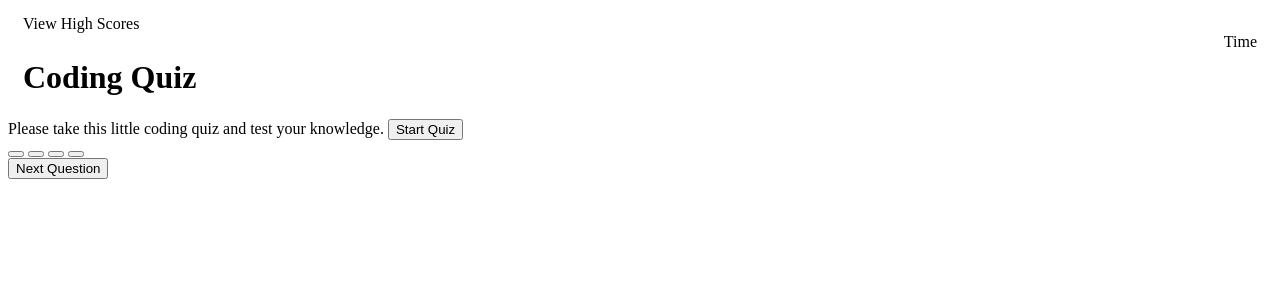
Repository: Naomilounsbury/code-quiz
Page: index.html
The author's editor kept a copy of each file at every save. The page is drawn from the files as they stood at one save, then again after the next save.
The browser window is 1280 px wide. The pictures show the whole page.

Above is the page before, as saved 2021-11-27 13:39:29.

### index.html
<!DOCTYPE html>
<html lang="en">
<head>
    <meta charset="UTF-8">
    <meta http-equiv="X-UA-Compatible" content="IE=edge">
    <meta name="viewport" content="width=device-width, initial-scale=1.0">
    <title>Code Quiz</title>
    <link rel="stylesheet" href="./assets/css/styles.css">
</head>
<body>
    <!-- basic words on the page, how do i get stuff inline? -->
 <header>
    <div class="high-scores">
     View High Scores
 </div>
 <!-- oh god I have to actually figure out how to do a timer -->
 <div class="time">
     Time
 </div>
 <h1 class="title">Coding Quiz</h1>
</header>
<!-- I then created a div element to introduce, maybe I'll add more to it later -->
 <div>

     Please take this little coding quiz and test your knowledge.
     <!-- I connected the button to the javascrpt woohoo -->
     <button onclick="onStartQuiz()">
         Start Quiz
     </button>
 </div>
 <!-- here is the quiz -->
 <form id="questions-form">
 <div id="question" class="question" >
    <!-- do i even need classes here? I know I will have to get buttons by id to be able to talk to them -->
     <button class="a" id="a" >
     </button>
     <button class="b" id="b">
     </button>
     <button class="c" id="c">
     </button>
     <button class="d" id="d">
     </button>


 </div>
 <button onclick="nextQuestion()">
        Next Question
</button>
</form>
<script src="./assets/js/script.js"></script>
</body>
</html>

### assets/css/styles.css
header {
    margin: 10px;
    padding: 5px;
    text-decoration-color: black;

}
.high-scores{
    text-align: left;
}
.time{
    text-align: right;
}
h1{
    line-height: 10px;
}

### assets/js/script.js

//I want to create an onclick function eventually
//so I'm creating my function
var onStartQuiz = function(){
    //when the quiz starts it grabs the first object in the array
    var currentQuestion = questions[0];
    //its going into the html and taking the div clas question and setting the value equal to the current question
    document.getElementById("question").innerText = currentQuestion.question

    //I dont know why these arent working and I'm crying
    // document.getElementById("button a").innerHTML = currentQuestion.a
    // document.getElementById("button b").innerHTML = currentQuestion.b
    // document.getElementById("button c").innerHTML = currentQuestion.c
    // document.getElementById("button d").innerHTML = currentQuestion.d
//create a separate onclick that changes the current question to something else
//create a next question button that will go on to the next question and save your answer
   console.log("hello")
}
//making an array of questions
var questions = [
    {
        //right now the key question is a string
        question: "To create an array, what kid of brackets are used?",
        answer: "a",
        a: "square brackets",
        b: "angle brackets",
        c: "curly brackets",
        d: "parentheses",
        //an array holds a list of items and since each question is an object we need a fucking comma
    },
    {
        question: "how do you create a branch with github?",
        answer: "b",
        a: "git push",
        b: "git branch",
        c: "git checkout",
        d: "git commit",
    },
    {
        question: "To create an array, what kid of brackets are used?",
        answer: "a",
        a: "square brackets",
        b: "angle brackets",
        c: "curly brackets",
        d: "parentheses",

    }
]

After the next save:
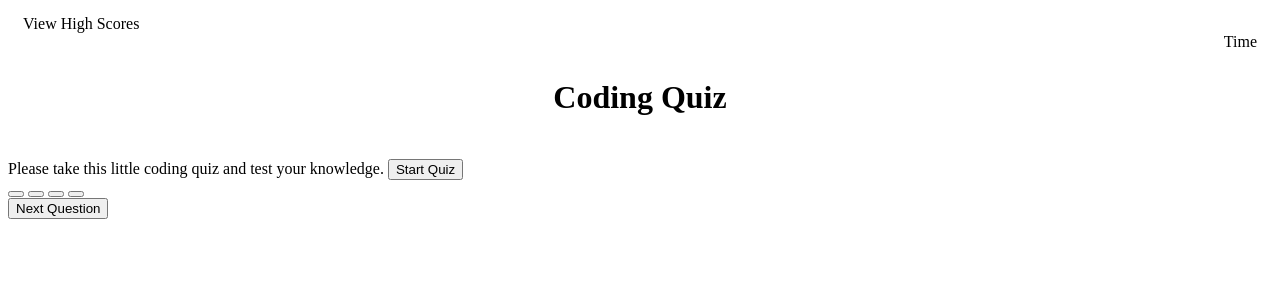
Saved 42 s later.
--- a/assets/css/styles.css
+++ b/assets/css/styles.css
@@ -11,5 +11,6 @@ header {
     text-align: right;
 }
 h1{
-    line-height: 10px;
+    line-height: 50px;
+    text-align: center;
 }
